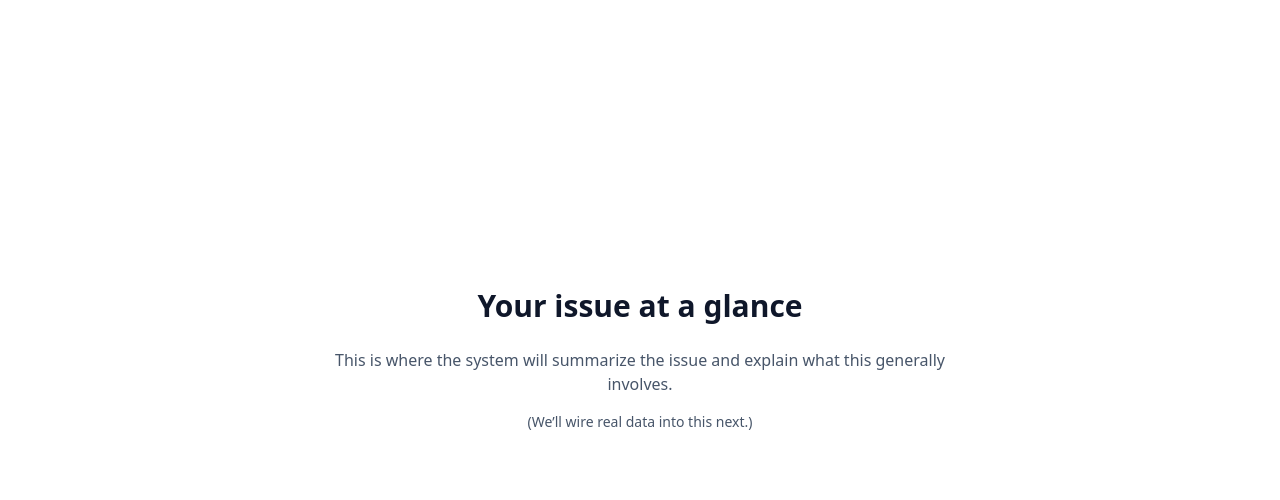
Repository: Aroxy22/legal-res
Page: /intake/summary
The author's editor kept a copy of each file at every save. The page is drawn from the files as they stood at one save, then again after the next save.
The browser window is 1280 px wide. The pictures show the whole page.
The project was rebuilt for these pictures with package versions that can differ from the ones it lists, and the page was loaded fresh each time. The framework's server and built-in components were replaced by stand-ins that run in the browser. Also part of the build but not shown: next.config.ts.

Above is the page before, as saved 2025-12-22 01:43:57.

After the next save:
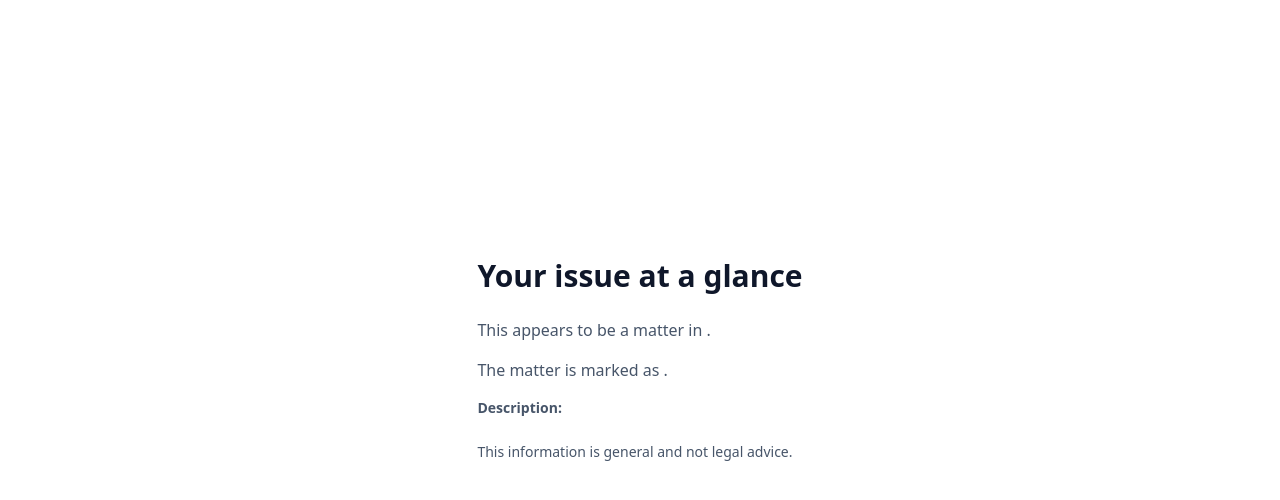
Saved 25 s later.
--- a/app/intake/summary/page.tsx
+++ b/app/intake/summary/page.tsx
@@ -1,20 +1,37 @@
+"use client";
+
+import { useIntake } from "../_context/IntakeContext";
+
 export default function IntakeSummary() {
-    return (
-      <div className="min-h-screen bg-white flex items-center justify-center px-6">
-        <div className="max-w-2xl text-center">
-          <h2 className="text-3xl font-semibold text-textPrimary">
-            Your issue at a glance
-          </h2>
+  const { data } = useIntake();
 
-          <p className="mt-6 text-textSecondary">
-            This is where the system will summarize the issue
-            and explain what this generally involves.
-          </p>
+  return (
+    <div className="min-h-screen bg-white flex items-center justify-center px-6">
+      <div className="max-w-2xl">
+        <h2 className="text-3xl font-semibold text-textPrimary">
+          Your issue at a glance
+        </h2>
 
-          <p className="mt-4 text-sm text-textSecondary">
-            (We’ll wire real data into this next.)
-          </p>
-        </div>
+        <p className="mt-6 text-textSecondary">
+          This appears to be a <strong>{data.category}</strong> matter
+          in <strong>{data.city}</strong>
+          {data.court ? `, involving ${data.court}` : ""}.
+        </p>
+
+        <p className="mt-4 text-textSecondary">
+          The matter is marked as <strong>{data.urgency}</strong>.
+          {data.hasDocuments !== undefined &&
+            ` Documents are ${data.hasDocuments ? "available" : "not available"}.`}
+        </p>
+
+        <p className="mt-4 text-sm text-textSecondary">
+          <strong>Description:</strong> {data.description}
+        </p>
+
+        <p className="mt-6 text-sm text-textSecondary">
+          This information is general and not legal advice.
+        </p>
       </div>
-    );
-  }
+    </div>
+  );
+}
